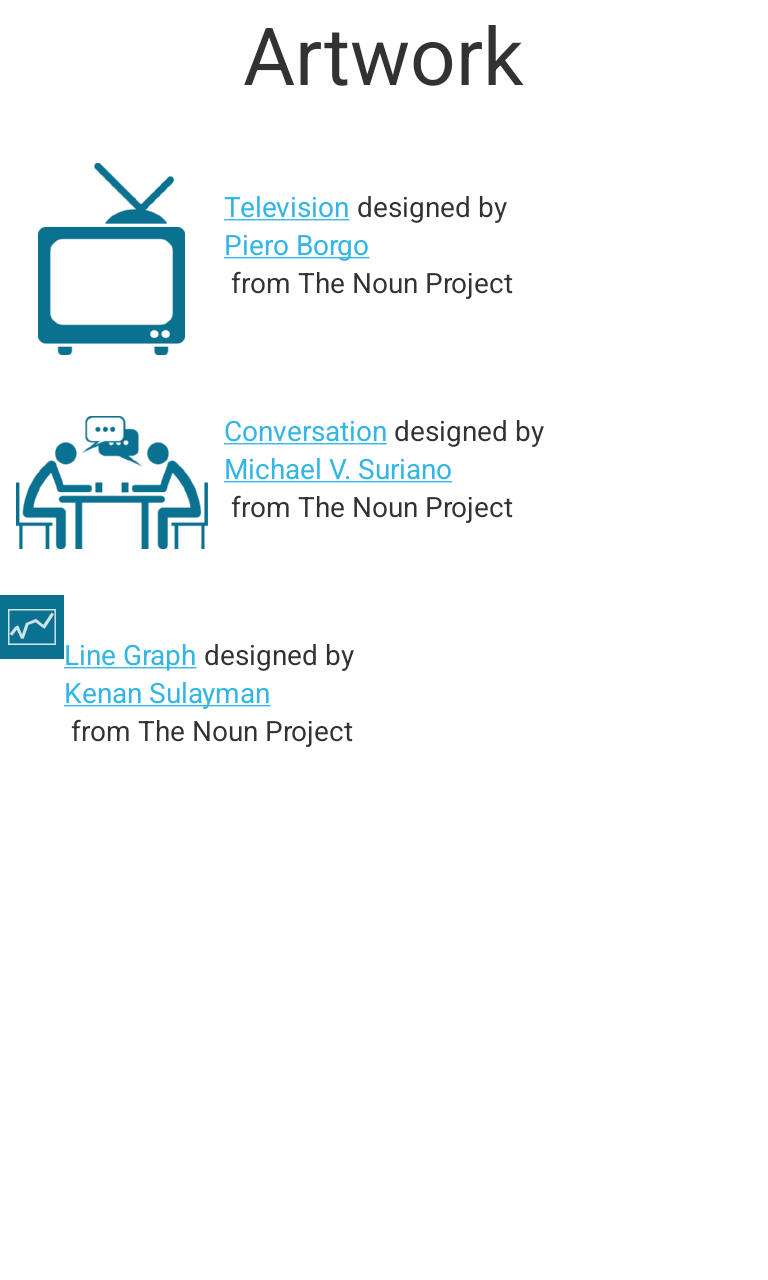
Repository: jmd33/capstone
Layout: Hearing Test/res/layout/artwork.xml
The author's editor kept a copy of each file at every save. The layout is drawn from the files as they stood at one save, then again after the next save.
It is drawn on a 768 x 1280 px phone screen (xhdpi) without system bars, with theme ThemeLight; the app's code is not run.

Above is the layout before, as saved 2013-05-21 00:53:11.

### Hearing Test/res/layout/artwork.xml
<?xml version="1.0" encoding="utf-8"?>
<LinearLayout xmlns:android="http://schemas.android.com/apk/res/android"
    android:layout_width="match_parent"
    android:layout_height="match_parent"
    android:orientation="vertical" >

    <ScrollView
        android:id="@+id/scrollView1"
        android:layout_width="match_parent"
        android:layout_height="wrap_content" >

        <LinearLayout
            android:layout_width="match_parent"
            android:layout_height="match_parent"
            android:orientation="vertical" >

            <TextView
                android:id="@+id/textView1"
                android:layout_width="wrap_content"
                android:layout_height="wrap_content"
                android:layout_gravity="center"
                android:layout_marginBottom="20dp"
                android:text="Artwork"
                android:textSize="40dp" />

            <LinearLayout
                android:layout_width="fill_parent"
                android:layout_height="wrap_content"
                android:orientation="horizontal" >

                <ImageView
                    android:id="@+id/iv_icon_1"
                    android:layout_width="wrap_content"
                    android:layout_height="wrap_content"
                    android:src="@drawable/ic_tv" />

                <LinearLayout
                    android:layout_width="wrap_content"
                    android:layout_height="wrap_content"
                    android:layout_marginTop="20dp"
                    android:orientation="vertical" >

                    <LinearLayout
                        android:layout_width="fill_parent"
                        android:layout_height="wrap_content"
                        android:orientation="horizontal" >

                        <TextView
                            android:id="@+id/tv_ic_tv_attr"
                            android:layout_width="wrap_content"
                            android:layout_height="wrap_content"
                            android:linksClickable="true"
                            android:text="@string/ic_tv_icon_link" />

                        <TextView
                            android:id="@+id/tv_ic_tv_attr2"
                            android:layout_width="wrap_content"
                            android:layout_height="wrap_content"
                            android:linksClickable="true"
                            android:text="@string/designed_by" />
                    </LinearLayout>

                    <LinearLayout
                        android:layout_width="fill_parent"
                        android:layout_height="wrap_content"
                        android:orientation="horizontal" >

                        <TextView
                            android:id="@+id/tv_ic_tv_attr3"
                            android:layout_width="wrap_content"
                            android:layout_height="wrap_content"
                            android:linksClickable="true"
                            android:text="@string/ic_tv_author_link" />
                    </LinearLayout>

                    <LinearLayout
                        android:layout_width="fill_parent"
                        android:layout_height="wrap_content"
                        android:orientation="horizontal" >

                        <TextView
                            android:id="@+id/tv_ic_tv_attr4"
                            android:layout_width="wrap_content"
                            android:layout_height="wrap_content"
                            android:linksClickable="true"
                            android:text="@string/tnp" />
                    </LinearLayout>
                </LinearLayout>
            </LinearLayout>

            <LinearLayout
                android:layout_width="fill_parent"
                android:layout_height="wrap_content"
                android:orientation="horizontal" >

                <ImageView
                    android:id="@+id/iv_icon_1"
                    android:layout_width="wrap_content"
                    android:layout_height="wrap_content"
                    android:src="@drawable/ic_conversation" />

                <LinearLayout
                    android:layout_width="wrap_content"
                    android:layout_height="wrap_content"
                    android:layout_marginTop="20dp"
                    android:orientation="vertical" >

                    <LinearLayout
                        android:layout_width="fill_parent"
                        android:layout_height="wrap_content"
                        android:orientation="horizontal" >

                        <TextView
                            android:id="@+id/tv_ic_conversation_attr"
                            android:layout_width="wrap_content"
                            android:layout_height="wrap_content"
                            android:linksClickable="true"
                            android:text="@string/ic_conversation_icon_link" />

                        <TextView
                            android:id="@+id/tv_ic_tv_attr2"
                            android:layout_width="wrap_content"
                            android:layout_height="wrap_content"
                            android:linksClickable="true"
                            android:text="@string/designed_by" />
                    </LinearLayout>

                    <LinearLayout
                        android:layout_width="fill_parent"
                        android:layout_height="wrap_content"
                        android:orientation="horizontal" >

                        <TextView
                            android:id="@+id/tv_ic_tv_attr3"
                            android:layout_width="wrap_content"
                            android:layout_height="wrap_content"
                            android:linksClickable="true"
                            android:text="@string/ic_conversation_author_link" />
                    </LinearLayout>

                    <LinearLayout
                        android:layout_width="fill_parent"
                        android:layout_height="wrap_content"
                        android:orientation="horizontal" >

                        <TextView
                            android:id="@+id/tv_ic_tv_attr4"
                            android:layout_width="wrap_content"
                            android:layout_height="wrap_content"
                            android:linksClickable="true"
                            android:text="@string/tnp" />
                    </LinearLayout>
                </LinearLayout>
            </LinearLayout>

            <LinearLayout
                android:layout_width="fill_parent"
                android:layout_height="wrap_content"
                android:orientation="horizontal" >

                <ImageView
                    android:id="@+id/iv_icon_1"
                    android:layout_width="wrap_content"
                    android:layout_height="wrap_content"
                    android:background="@color/dark_blue"
                    android:src="@drawable/ic_action_graph" />

                <LinearLayout
                    android:layout_width="wrap_content"
                    android:layout_height="wrap_content"
                    android:layout_marginTop="20dp"
                    android:orientation="vertical" >

                    <LinearLayout
                        android:layout_width="fill_parent"
                        android:layout_height="wrap_content"
                        android:orientation="horizontal" >

                        <TextView
                            android:id="@+id/tv_ic_linegraph_attr"
                            android:layout_width="wrap_content"
                            android:layout_height="wrap_content"
                            android:linksClickable="true"
                            android:text="@string/ic_linegraph_icon_link" />

                        <TextView
                            android:id="@+id/tv_ic_tv_attr2"
                            android:layout_width="wrap_content"
                            android:layout_height="wrap_content"
                            android:linksClickable="true"
                            android:text="@string/designed_by" />
                    </LinearLayout>

                    <LinearLayout
                        android:layout_width="fill_parent"
                        android:layout_height="wrap_content"
                        android:orientation="horizontal" >

                        <TextView
                            android:id="@+id/tv_ic_tv_attr3"
                            android:layout_width="wrap_content"
                            android:layout_height="wrap_content"
                            android:linksClickable="true"
                            android:text="@string/ic_linegraph_author_link" />
                    </LinearLayout>

                    <LinearLayout
                        android:layout_width="fill_parent"
                        android:layout_height="wrap_content"
                        android:orientation="horizontal" >

                        <TextView
                            android:id="@+id/tv_ic_tv_attr4"
                            android:layout_width="wrap_content"
                            android:layout_height="wrap_content"
                            android:linksClickable="true"
                            android:text="@string/tnp" />
                    </LinearLayout>
                </LinearLayout>
            </LinearLayout>
        </LinearLayout>
    </ScrollView>

</LinearLayout>

### Hearing Test/res/values-v11/styles.xml
<resources xmlns:android="http://schemas.android.com/apk/res/android">

    <style name="ThemeLight" parent="android:Theme.Holo.Light">
        <item name="android:actionBarStyle">@style/MyActionBar</item>
    </style>

    <style name="MyActionBar" parent="@android:style/Widget.Holo.Light.ActionBar">
        <item name="android:background">@color/dark_blue</item>
        <item name="android:titleTextStyle">@style/ActionBar.TitleTextStyle</item>
    </style>

    <style name="ActionBar.TitleTextStyle" parent="android:style/TextAppearance.Holo.Widget.ActionBar.Title">
        <item name="android:textColor">@color/neutral</item>
    </style>

</resources>

### Hearing Test/res/values/colors.xml
<?xml version="1.0" encoding="utf-8"?>
<resources>

    <color name="dark_blue">#0B7190</color>
    <color name="light_blue">#7CA0A9</color>
    <color name="neutral">#E2E5E5</color>
    <color name="brown">#AB8B7C</color>
    <color name="red">#9D4F48</color>

</resources>

### Hearing Test/res/values/strings.xml
<resources>
    <string name="app_name">Hear Rite</string>
    <string name="welcome">Welcome to Hear Rite!</string>
    <string name="share_subject">Share!</string>
    <string name="share_text">share text</string>
    <string name="share_chooser_text">share chooser text</string>
<!-- Legal -->
<string name="terms_of_service">Terms of Service</string>

<string name="privacy_policy">Privacy Policy</string>

<string name="libraries">Libraries</string>
<string name="artwork">Artwork</string>


<!-- Attribution -->
<string name="ic_tv_icon_link"><a href='http://thenounproject.com/noun/television/#icon-No2650'>Television</a></string>
<string name="ic_tv_author_link"><a href='http://thenounproject.com/pieroborgo'>Piero Borgo</a></string>
<string name="ic_conversation_icon_link"><a href='http://thenounproject.com/noun/conversation/#icon-No9490'>Conversation</a></string>
<string name="ic_conversation_author_link"><a href='http://thenounproject.com/mvsuriano'>Michael V. Suriano</a></string>
<string name="ic_symptom_icon_link"><a href='http://thenounproject.com/noun/symptom/#icon-No8150'>Symptom</a></string>
<string name="ic_symptom_author_link"><a href='http://thenounproject.com/lemonliu'>Lemon Liu</a></string>
<string name="ic_equalizer_icon_link"><a href='http://thenounproject.com/noun/equalizer/#icon-No9091'>Equalizer</a></string>
<string name="ic_equalizer_author_link"><a href='http://thenounproject.com/pirx'>Paul Kolling</a></string>
<string name="ic_linegraph_icon_link"><a href='http://thenounproject.com/noun/line-graph/#icon-No3519'>Line Graph</a></string>
<string name="ic_linegraph_author_link"><a href='http://thenounproject.com/KenanSulayman'>Kenan Sulayman</a></string>






<string name="ic__icon_link"><a href='http://thenounproject.com/noun/'></a></string>
<string name="ic__author_link"><a href='http://thenounproject.com/'></a></string>




<string name="designed_by">" designed by "</string>
<string name="tnp">" from The Noun Project"</string>

<string name="androidplot">AndroidPlot</string>
<string name="android_plot_license">Copyright 2013 AndroidPlot.com Licensed under the Apache License, Version 2.0 (the "License"); you may not use this file except in compliance with the License. You may obtain a copy of the License at http://www.apache.org/licenses/LICENSE-2.0 Unless required by applicable law or agreed to in writing, software distributed under the License is distributed on an "AS IS" BASIS, WITHOUT WARRANTIES OR CONDITIONS OF ANY KIND, either express or implied. See the License for the specific language governing permissions and limitations under the License.
    </string>

<string name="terms_of_service_content"><h2>
	Web Site Terms and Conditions of Use
</h2>

<h3>
	1. Terms
</h3>

<p>
	By accessing this web site, you are agreeing to be bound by these
	web site Terms and Conditions of Use, all applicable laws and regulations,
	and agree that you are responsible for compliance with any applicable local
	laws. If you do not agree with any of these terms, you are prohibited from
	using or accessing this site. The materials contained in this web site are
	protected by applicable copyright and trade mark law.
</p>

<h3>
	2. Use License
</h3>
</string>

<!--
<ol>
	<li>
		Permission is granted to temporarily download one copy of the materials
		(information or software) on Hear Rite's web site for personal,
		non-commercial transitory viewing only. This is the grant of a license,
		not a transfer of title, and under this license you may not:

		<ul>
			<li>modify or copy the materials;</li>
			<li>use the materials for any commercial purpose, or for any public display (commercial or non-commercial);</li>
			<li>attempt to decompile or reverse engineer any software contained on Hear Rite's web site;</li>
			<li>remove any copyright or other proprietary notations from the materials; or</li>
			<li>transfer the materials to another person or "mirror" the materials on any other server.</li>
		</ul>
	</li>
	<li>
		This license shall automatically terminate if you violate any of these restrictions and may be terminated by Hear Rite at any time. Upon terminating your viewing of these materials or upon the termination of this license, you must destroy any downloaded materials in your possession whether in electronic or printed format.
	</li>
</ol>

<h3>
	3. Disclaimer
</h3>

<ol>
	<li>
		The materials on Hear Rite's web site are provided "as is". Hear Rite makes no warranties, expressed or implied, and hereby disclaims and negates all other warranties, including without limitation, implied warranties or conditions of merchantability, fitness for a particular purpose, or non-infringement of intellectual property or other violation of rights. Further, Hear Rite does not warrant or make any representations concerning the accuracy, likely results, or reliability of the use of the materials on its Internet web site or otherwise relating to such materials or on any sites linked to this site.
	</li>
</ol>

<h3>
	4. Limitations
</h3>

<p>
	In no event shall Hear Rite or its suppliers be liable for any damages (including, without limitation, damages for loss of data or profit, or due to business interruption,) arising out of the use or inability to use the materials on Hear Rite's Internet site, even if Hear Rite or a Hear Rite authorized representative has been notified orally or in writing of the possibility of such damage. Because some jurisdictions do not allow limitations on implied warranties, or limitations of liability for consequential or incidental damages, these limitations may not apply to you.
</p>

<h3>
	5. Revisions and Errata
</h3>

<p>
	The materials appearing on Hear Rite's web site could include technical, typographical, or photographic errors. Hear Rite does not warrant that any of the materials on its web site are accurate, complete, or current. Hear Rite may make changes to the materials contained on its web site at any time without notice. Hear Rite does not, however, make any commitment to update the materials.
</p>

<h3>
	6. Links
</h3>

<p>
	Hear Rite has not reviewed all of the sites linked to its Internet web site and is not responsible for the contents of any such linked site. The inclusion of any link does not imply endorsement by Hear Rite of the site. Use of any such linked web site is at the user's own risk.
</p>

<h3>
	7. Site Terms of Use Modifications
</h3>

<p>
	Hear Rite may revise these terms of use for its web site at any time without notice. By using this web site you are agreeing to be bound by the then current version of these Terms and Conditions of Use.
</p>

<h3>
	8. Governing Law
</h3>

<p>
	Any claim relating to Hear Rite's web site shall be governed by the laws of the State of Washington without regard to its conflict of law provisions.
</p>

<p>
	General Terms and Conditions applicable to Use of a Web Site.
</p>

</string>



-->
<string name="privacy_policy_content">

<h2>
	Privacy Policy
</h2>

<p>
	Your privacy is very important to us. Accordingly, we have developed this Policy in order for you to understand how we collect, use, communicate and disclose and make use of personal information. The following outlines our privacy policy.
</p>

<ul>
	<li>
		Before or at the time of collecting personal information, we will identify the purposes for which information is being collected.
	</li>
	<li>
		We will collect and use of personal information solely with the objective of fulfilling those purposes specified by us and for other compatible purposes, unless we obtain the consent of the individual concerned or as required by law.
	</li>
	<li>
		We will only retain personal information as long as necessary for the fulfillment of those purposes.
	</li>
	<li>
		We will collect personal information by lawful and fair means and, where appropriate, with the knowledge or consent of the individual concerned.
	</li>
	<li>
		Personal data should be relevant to the purposes for which it is to be used, and, to the extent necessary for those purposes, should be accurate, complete, and up-to-date.
	</li>
	<li>
		We will protect personal information by reasonable security safeguards against loss or theft, as well as unauthorized access, disclosure, copying, use or modification.
	</li>
	<li>
		We will make readily available to customers information about our policies and practices relating to the management of personal information.
	</li>
</ul>

<p>
	We are committed to conducting our business in accordance with these principles in order to ensure that the confidentiality of personal information is protected and maintained.
</p>
</string>


</resources>

Loaded but not shown: Hearing Test/res/values/styles.xml (common file)

After the next save:
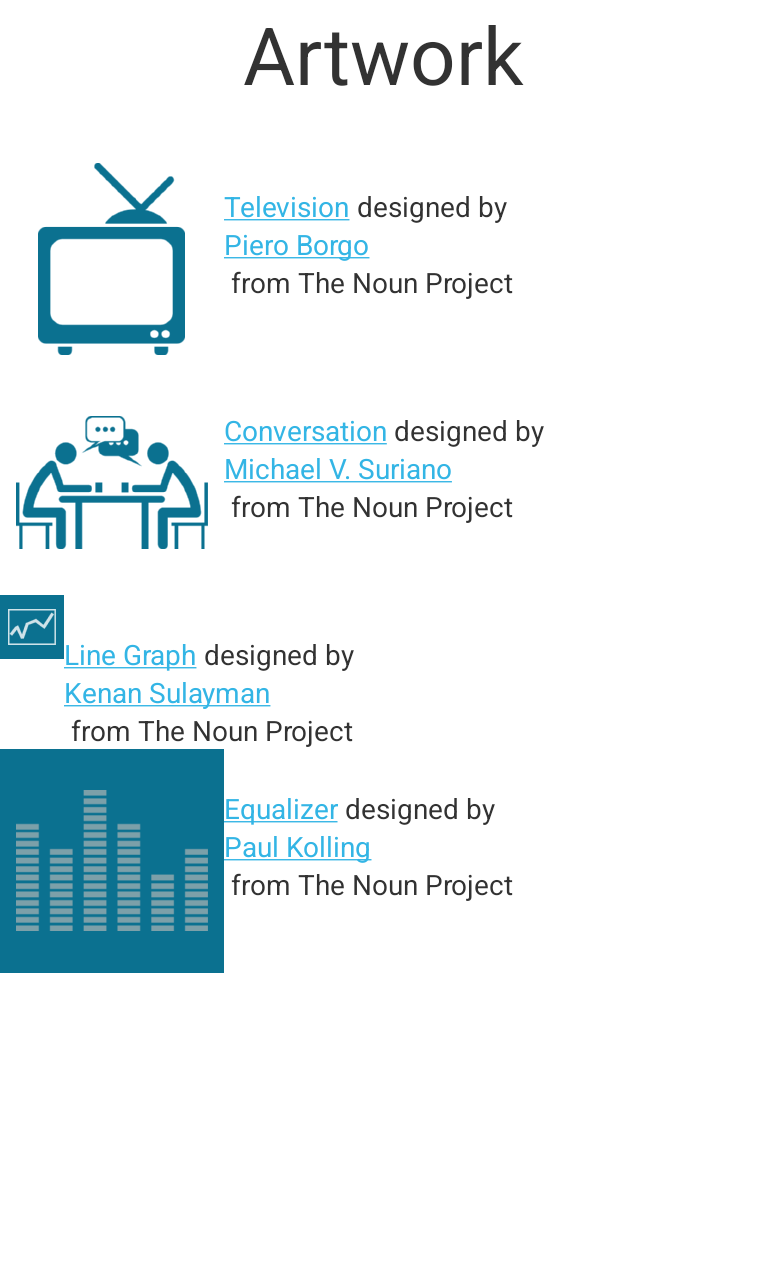
Saved 3 min 13 s later.
--- a/Hearing Test/res/layout/artwork.xml
+++ b/Hearing Test/res/layout/artwork.xml
@@ -184,20 +184,20 @@
                             android:text="@string/ic_linegraph_icon_link" />
 
                         <TextView
-                            android:id="@+id/tv_ic_tv_attr2"
-                            android:layout_width="wrap_content"
-                            android:layout_height="wrap_content"
-                            android:linksClickable="true"
-                            android:text="@string/designed_by" />
-                    </LinearLayout>
-
-                    <LinearLayout
-                        android:layout_width="fill_parent"
-                        android:layout_height="wrap_content"
-                        android:orientation="horizontal" >
-
-                        <TextView
-                            android:id="@+id/tv_ic_tv_attr3"
+                            android:id="@+id/tv_ic_linegraph_attr2"
+                            android:layout_width="wrap_content"
+                            android:layout_height="wrap_content"
+                            android:linksClickable="true"
+                            android:text="@string/designed_by" />
+                    </LinearLayout>
+
+                    <LinearLayout
+                        android:layout_width="fill_parent"
+                        android:layout_height="wrap_content"
+                        android:orientation="horizontal" >
+
+                        <TextView
+                            android:id="@+id/tv_ic_linegraph_attr3"
                             android:layout_width="wrap_content"
                             android:layout_height="wrap_content"
                             android:linksClickable="true"
@@ -218,6 +218,73 @@
                     </LinearLayout>
                 </LinearLayout>
             </LinearLayout>
+
+               <LinearLayout
+                android:layout_width="fill_parent"
+                android:layout_height="wrap_content"
+                android:orientation="horizontal" >
+
+                <ImageView
+                    android:id="@+id/iv_icon_1"
+                    android:layout_width="wrap_content"
+                    android:layout_height="wrap_content"
+                    android:background="@color/dark_blue"
+                    android:src="@drawable/ic_eq" />
+
+                <LinearLayout
+                    android:layout_width="wrap_content"
+                    android:layout_height="wrap_content"
+                    android:layout_marginTop="20dp"
+                    android:orientation="vertical" >
+
+                    <LinearLayout
+                        android:layout_width="fill_parent"
+                        android:layout_height="wrap_content"
+                        android:orientation="horizontal" >
+
+                        <TextView
+                            android:id="@+id/tv_ic_linegraph_attr"
+                            android:layout_width="wrap_content"
+                            android:layout_height="wrap_content"
+                            android:linksClickable="true"
+                            android:text="@string/ic_equalizer_icon_link" />
+
+                        <TextView
+                            android:id="@+id/tv_ic_equalizer_attr2"
+                            android:layout_width="wrap_content"
+                            android:layout_height="wrap_content"
+                            android:linksClickable="true"
+                            android:text="@string/designed_by" />
+                    </LinearLayout>
+
+                    <LinearLayout
+                        android:layout_width="fill_parent"
+                        android:layout_height="wrap_content"
+                        android:orientation="horizontal" >
+
+                        <TextView
+                            android:id="@+id/tv_ic_equalizer_attr3"
+                            android:layout_width="wrap_content"
+                            android:layout_height="wrap_content"
+                            android:linksClickable="true"
+                            android:text="@string/ic_equalizer_author_link" />
+                    </LinearLayout>
+
+                    <LinearLayout
+                        android:layout_width="fill_parent"
+                        android:layout_height="wrap_content"
+                        android:orientation="horizontal" >
+
+                        <TextView
+                            android:id="@+id/tv_ic_tv_attr4"
+                            android:layout_width="wrap_content"
+                            android:layout_height="wrap_content"
+                            android:linksClickable="true"
+                            android:text="@string/tnp" />
+                    </LinearLayout>
+                </LinearLayout>
+            </LinearLayout>
+            <!--  -->
         </LinearLayout>
     </ScrollView>
 
